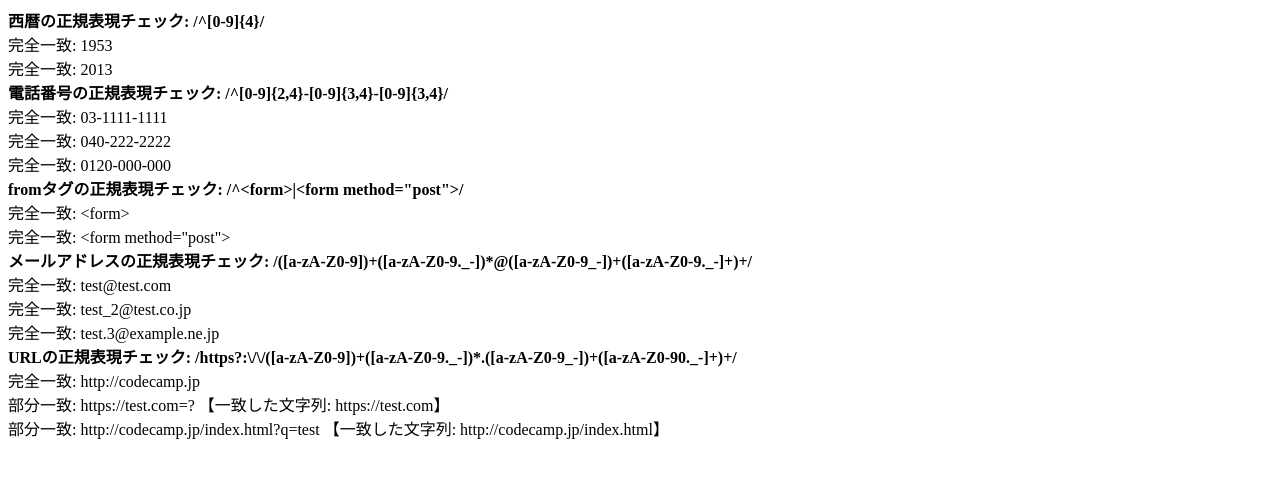
Repository: kawahito05-work/dc_work_nakano_kawahito_php
Page: http://localhost/htdocs/php17/challenge_preg_match.php
The author's editor kept a record of every edit. The page is drawn from the files as they stood at one moment, then again after the next edit.
The browser window is 1280 px wide. The pictures show the whole page.
The page is run by PHP 8.4 with error messages shown; the project is at /var/www/html/.

Above is the page before.

After the next edit:
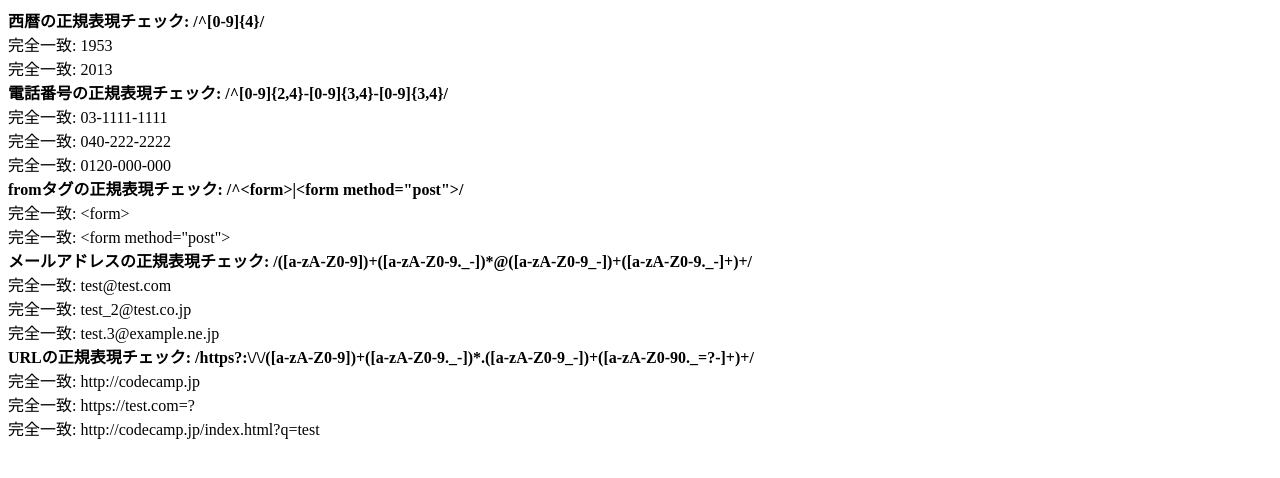
The edit:
--- a/htdocs/php17/challenge_preg_match.php
+++ b/htdocs/php17/challenge_preg_match.php
@@ -18,7 +18,7 @@
 $check_mail[1] = 'test_2@test.co.jp';
 $check_mail[2] = 'test.3@example.ne.jp';
 // URL
-$regexp_url   = '/https?:\/\/([a-zA-Z0-9])+([a-zA-Z0-9._-])*.([a-zA-Z0-9_-])+([a-zA-Z0-90._-]+)+/'; // URLの正規表現を入力
+$regexp_url   = '/https?:\/\/([a-zA-Z0-9])+([a-zA-Z0-9._-])*.([a-zA-Z0-9_-])+([a-zA-Z0-90._=?-]+)+/'; // URLの正規表現を入力
 //$regexp_url   = '#http://([a-zA-Z0-9])+([a-zA-Z0-9._-])*.([a-zA-Z0-9_-])+([a-zA-Z0-9._-]+)+|https://([a-zA-Z0-9])+([a-zA-Z0-9._-])*.([a-zA-Z0-9_-])+([a-zA-Z0-9._-]+)+#'; // URLの正規表現を入力
 $check_url[0] = 'http://codecamp.jp';
 $check_url[1] = 'https://test.com=?';
